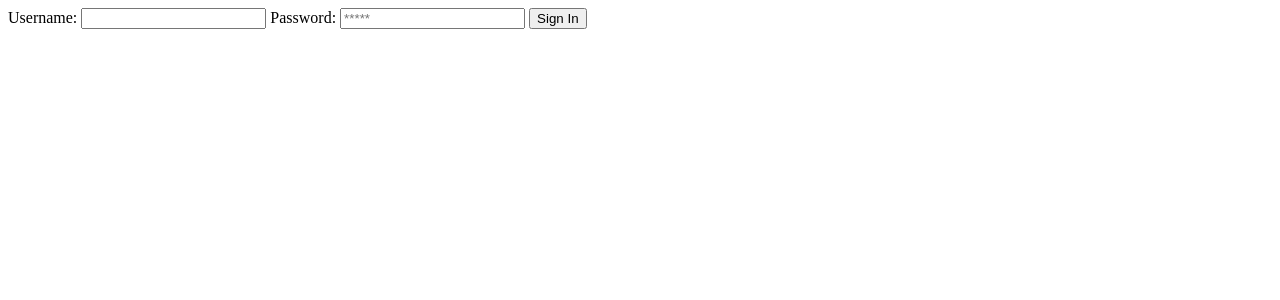
Repository: MikeMoore55/TheLibrary
Page: http://localhost/src/public/pages/sign-in.page.php
These files come from the project's save history. The page is drawn as it stood at one moment and after the next save; the edit follows.
The browser window is 1280 px wide. The pictures show the whole page.
The page is run by PHP 8.4 with error messages shown; the project is at /var/www/html/.

Above is the page before, as saved 2022-07-06 15:32:19.

After the next save:
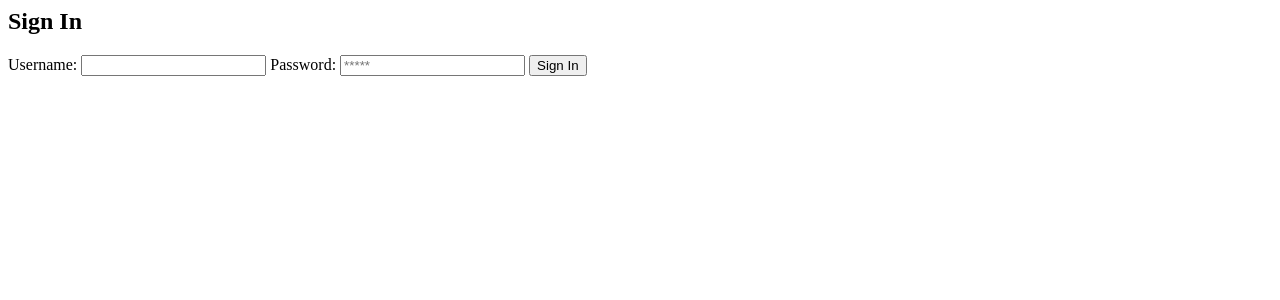
Saved 98 s later.
--- a/src/public/pages/sign-in.page.php
+++ b/src/public/pages/sign-in.page.php
@@ -2,6 +2,7 @@
 
 <main>
     <form class="sign-in-form" action="home" method="POST">
+        <h2>Sign In</h2>
         <label for="exampleFormControlInput1" class="form-label">
             Username:
         </label>
